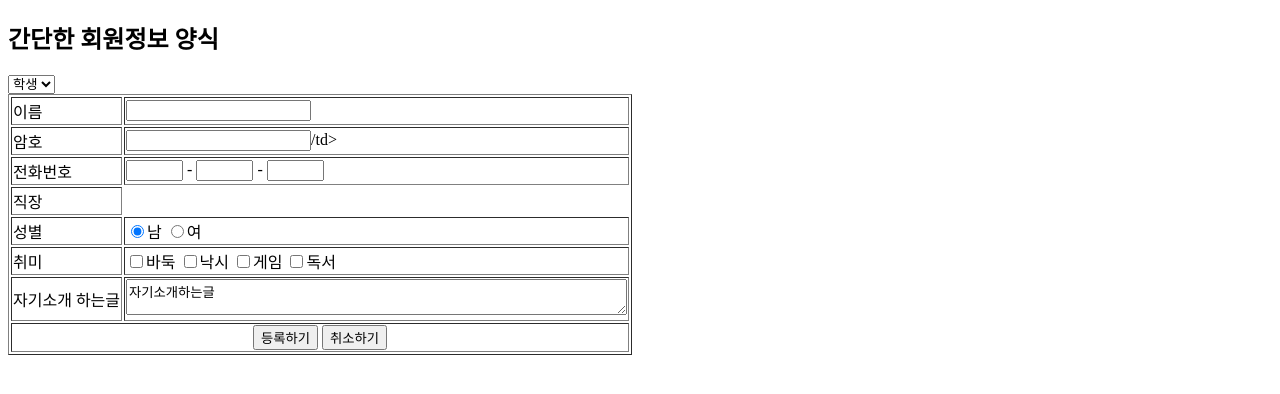
Repository: chlguswns1/web-practice
Page: javaScript/src/main/webapp/quiz.html
The author's editor kept a copy of each file at every save. The page is drawn from the files as they stood at one save, then again after the next save.
The browser window is 1280 px wide. The pictures show the whole page.

Above is the page before, as saved 2023-03-10 02:37:30.

After the next save:
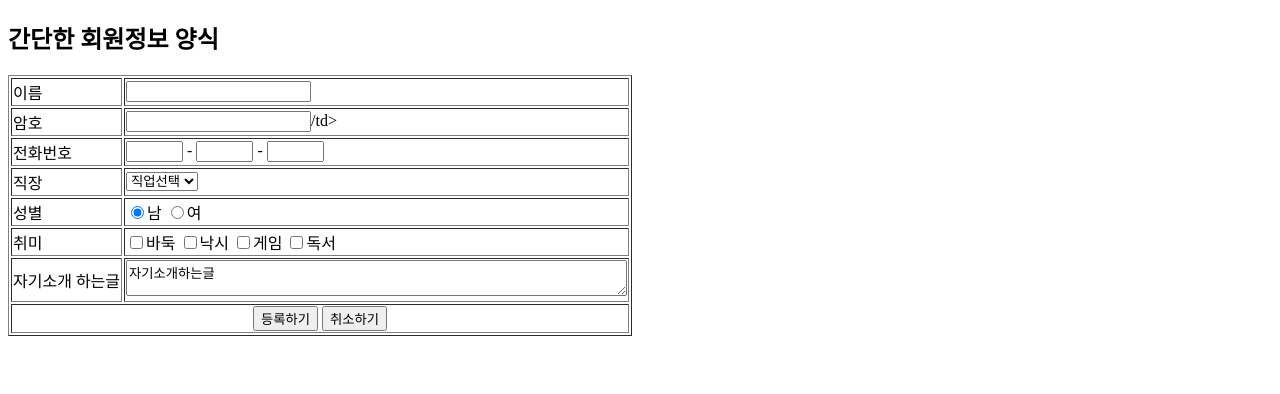
Saved 69 s later.
--- a/javaScript/src/main/webapp/quiz.html
+++ b/javaScript/src/main/webapp/quiz.html
@@ -44,11 +44,14 @@ function show() {
 
 		<tr>
 			<td>직장</td>
-			<select id="com" >
-				<option value="학생"> 학생</option>
-				<option value="직장"> 직장</option>
-				<option value="주부"> 주부</option>
-				</select>
+			<td>
+			<select name="job">
+    			<option value="">직업선택</option>
+    			<option value="학생">학생</option>
+    			<option value="회사원">회사원</option>
+    			<option value="기타">기타</option>
+			</select>
+		</td>
 		</tr>
 
 		<tr>
